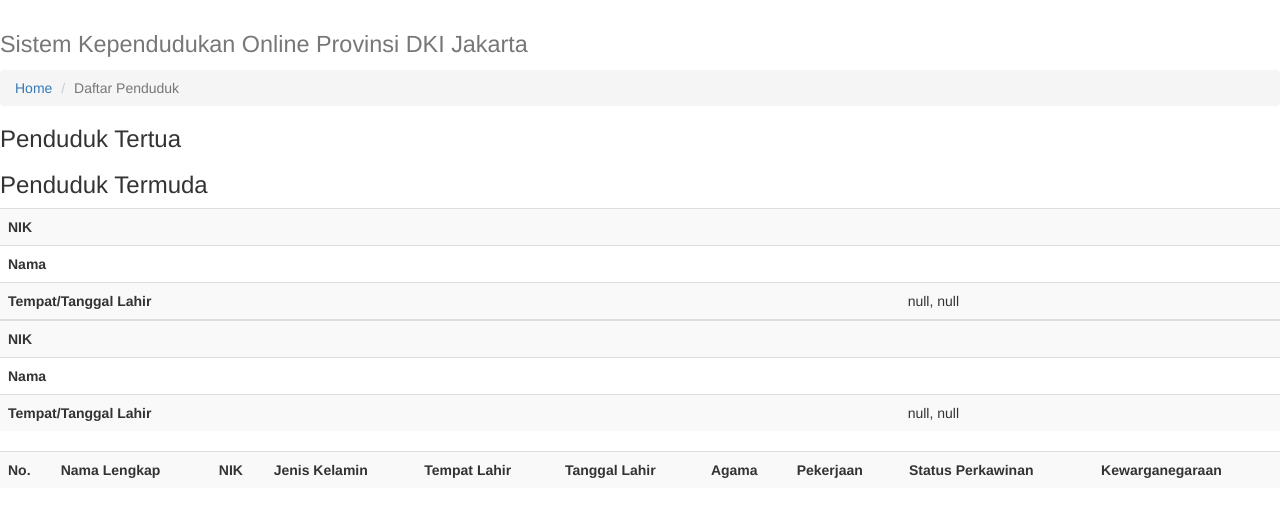
Repository: apap-2017/tugas1_1406544135
Page: http://localhost/list-penduduk
An editor plug-in stored every save of this project. The page is shown before and after the next save, followed by the edit.
The browser window is 1280 px wide. The pictures show the whole page.
The page is this project's Thymeleaf template; nobody is signed in. The template is opened directly, without the code that normally fills it, so the values that code supplies are empty.

Above is the page before, as saved 2017-10-20 05:45:06.

After the next save:
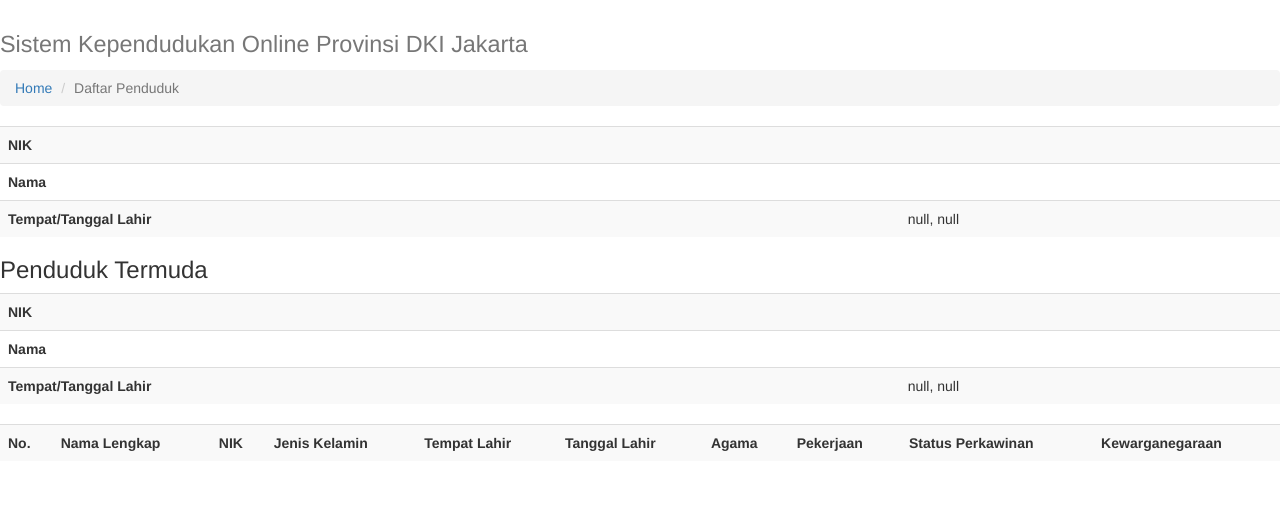
Saved 104 s later.
--- a/Tugas1_1406544135/src/main/resources/templates/list-penduduk.html
+++ b/Tugas1_1406544135/src/main/resources/templates/list-penduduk.html
@@ -18,7 +18,6 @@
 
 		<table class="table table-striped">
 			<tbody>
-				<h3>Penduduk Tertua</h3>
 				<tr>
 			   		<td><strong>NIK</strong></td>
 				    <td th:text="${pendudukTertua.nik} "></td>
@@ -34,7 +33,9 @@
 					<td th:text="${pendudukTertua.tempat_lahir} +', ' + ${pendudukTertua.tanggal_lahir} "></td>
 				 </tr>
 			</tbody>
+		</table>
 
+		<table class="table table-striped">
 			<tbody>
 			 	<h3>Penduduk Termuda</h3>
 				<tr>
